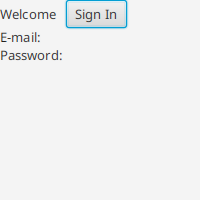
Repository: angelalvess/java-fx
Program's window: java javafx/src/fxml/AppFXML.java
These files come from the project's save history. The program's window is drawn as it stood at one moment and after the next save; the edit follows.
It runs on Java 21 on a 1366 x 768 screen with JavaFX 11; the title bar is not drawn.

Above is the program's window before, as saved 2025-02-03 15:05:01.

### javafx/src/fxml/AppFXML.java
package fxml;

import java.net.URL;

import javafx.application.Application;
import javafx.fxml.FXMLLoader;
import javafx.scene.Scene;
import javafx.scene.layout.GridPane;
import javafx.stage.Stage;

public class AppFXML extends Application {

	@Override
	public void start(Stage primaryStage) throws Exception {
		URL fileFXML = getClass().getResource("/fxml/Login.fxml");
		GridPane raiz = FXMLLoader.load(fileFXML);

		Scene sceneOne= new Scene(raiz, 200,200);

		primaryStage.setResizable(false);

		primaryStage.setScene(sceneOne);
		primaryStage.show();
	}

	public static void main(String[] args) {
		launch(args);
	}
}

### javafx/src/fxml/Login.fxml
<?xml version="1.0" encoding="UTF-8"?>

<?import javafx.scene.layout.*?>
<?import javafx.scene.control.*?>

<GridPane xmlns:fx="http://javafx.com/fxml/1">

	<Label text="Welcome"
	 GridPane.columnIndex="0" GridPane.rowIndex="0"
	 ></Label>

	<Label text="E-mail: "  GridPane.columnIndex="0" GridPane.rowIndex="1" ></Label>
	<Label text="Password: "  GridPane.columnIndex="0" GridPane.rowIndex="2" ></Label>
	<Button text="Sign In"  GridPane.columnIndex="3" GridPane.rowIndex="0" ></Button>
</GridPane>

After the next save:
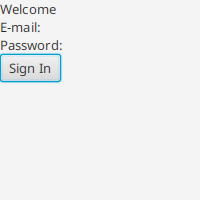
Saved 25 s later.
--- a/javafx/src/fxml/Login.fxml
+++ b/javafx/src/fxml/Login.fxml
@@ -11,5 +11,5 @@
 
 	<Label text="E-mail: "  GridPane.columnIndex="0" GridPane.rowIndex="1" ></Label>
 	<Label text="Password: "  GridPane.columnIndex="0" GridPane.rowIndex="2" ></Label>
-	<Button text="Sign In"  GridPane.columnIndex="3" GridPane.rowIndex="0" ></Button>
+	<Button text="Sign In"  GridPane.columnIndex="0" GridPane.rowIndex="3" ></Button>
 </GridPane>
